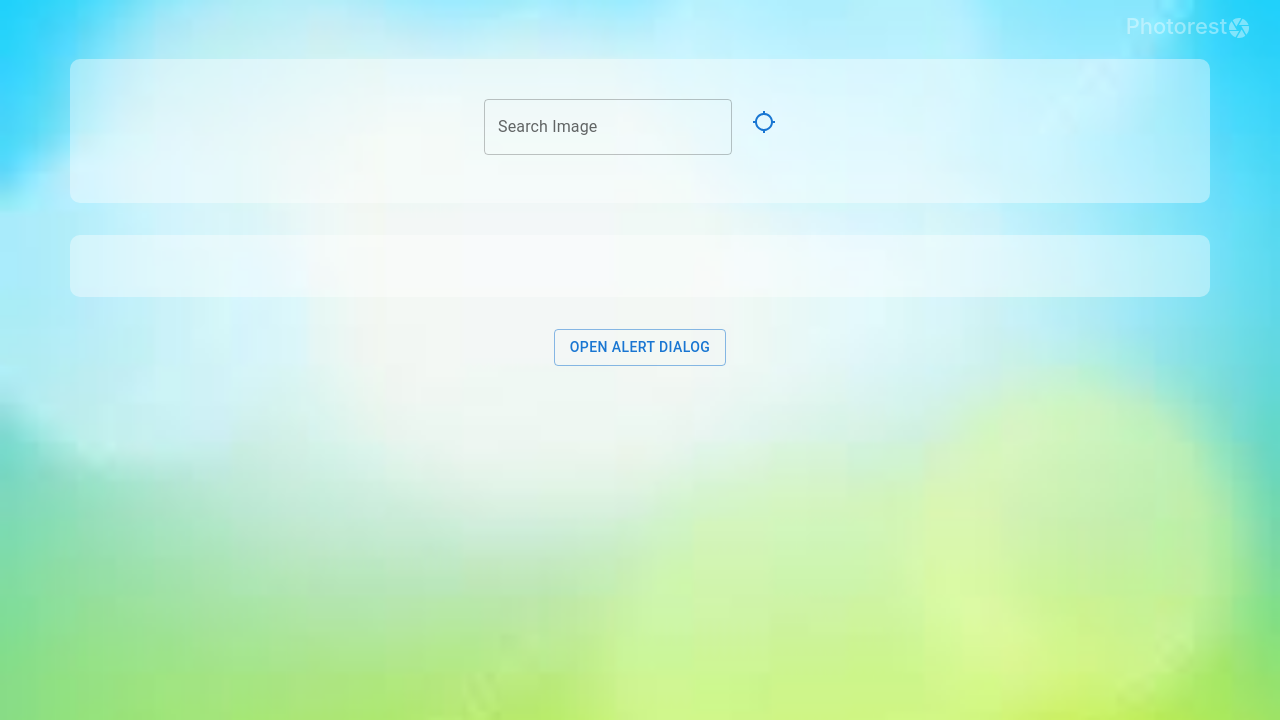
Repository: mohit78911/Snapshot
Page: /
These files come from the project's save history. The page is drawn as it stood at one moment and after a run of saves; the edit follows.
The browser window is 1280 px wide. The pictures show the whole page.
The page's requests for data from a server got no answer. The project was rebuilt for these pictures with package versions that can differ from the ones it lists, and the page was loaded fresh each time. No one was signed in, and anything a server would have sent is missing. Also part of the build but not shown: src/snapshot/SnapshotCss.css, src/snapshot/SnapshotTable.js, src/snapshot/SearchBox.css.

Above is the page before, as saved 2023-09-01 17:44:26.

After the next 2 saves:
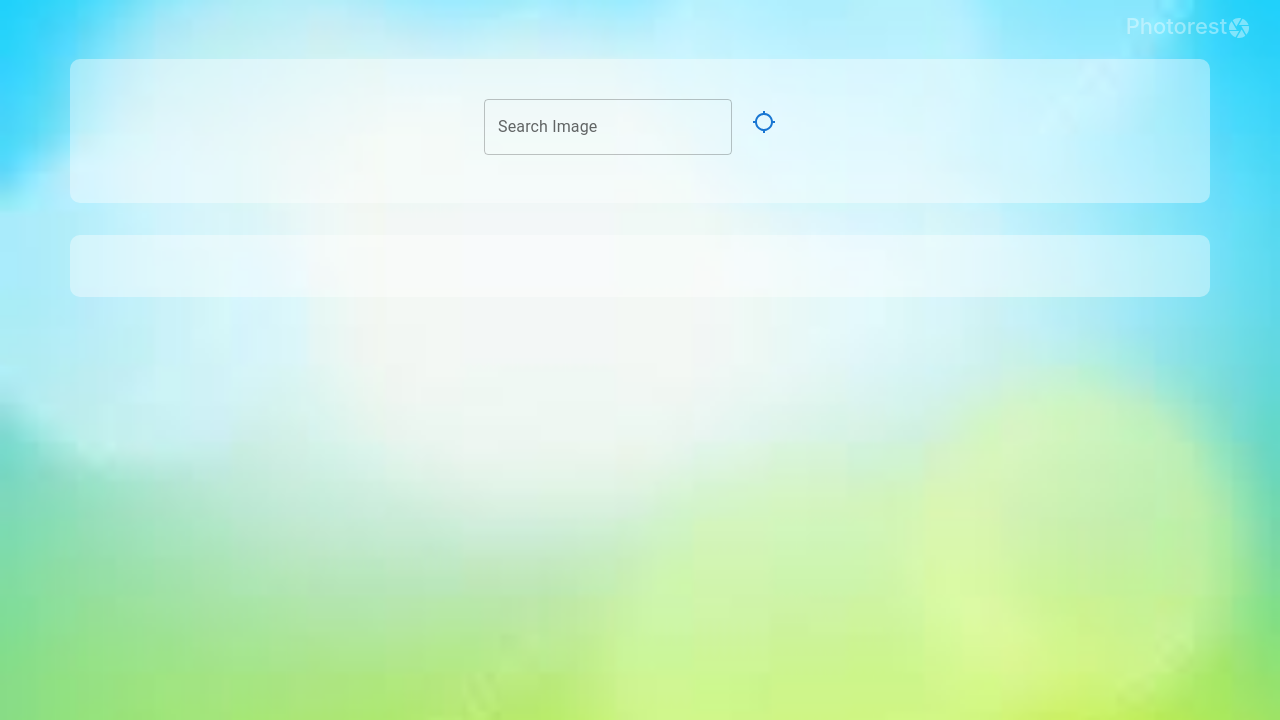
The 2 saves are shown as one change because they came seconds apart.
The last was saved 10 s later.
--- a/src/snapshot/SnapShot.js
+++ b/src/snapshot/SnapShot.js
@@ -74,9 +74,6 @@ export default function SnapShot() {
           )}
         </div>
         <div>
-          <Button variant="outlined" onClick={handleClickOpen}>
-            Open alert dialog
-          </Button>
           <Dialog
             open={open}
             onClose={handleClose}
